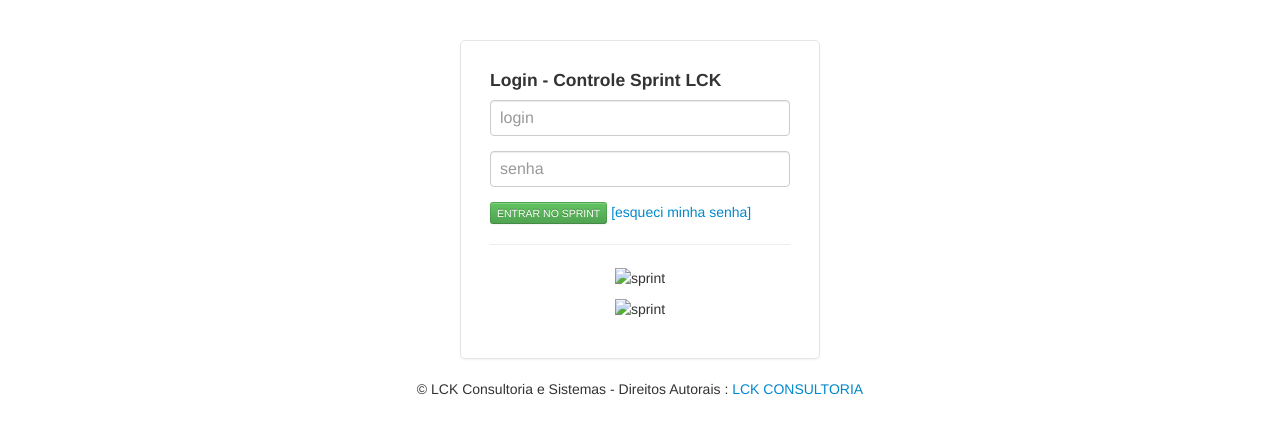
Repository: PauloCeami/Vendas-JSF-E-JAVAEE
Page: http://localhost/PDV/?acao=ListaClientes
An editor plug-in stored every save of this project. The page is shown before and after the next save, followed by the edit.
The browser window is 1280 px wide. The pictures show the whole page.
The page is served by Tomcat 9.

Above is the page before, as saved 2013-05-26 17:26:07.
Not found: PDV/PDV/view/util/img/l2.png
Not found: PDV/PDV/view/util/img/logo.png
Not found: PDV/PDV/view/util/js/bootstrap.js

After the next save:
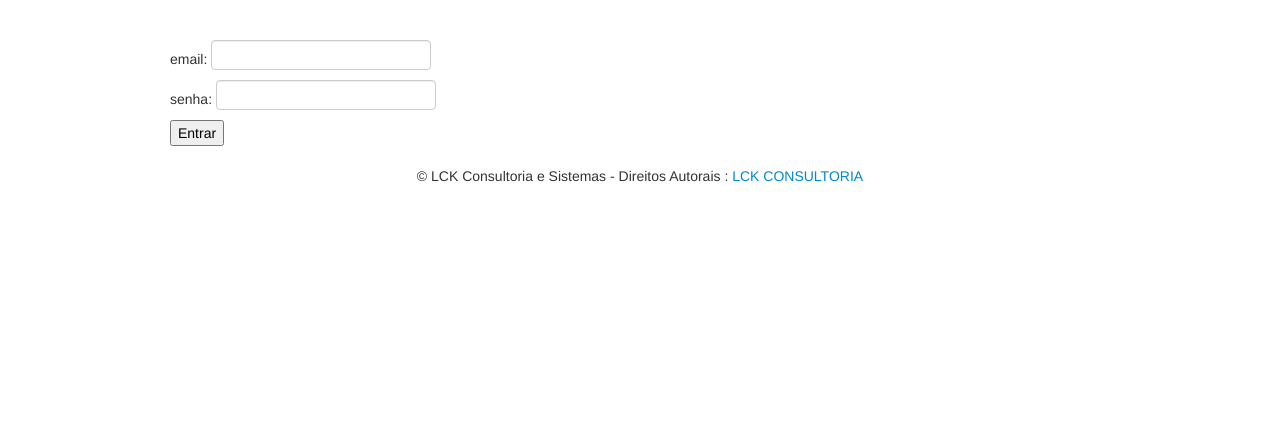
Saved 23 s later.
--- a/PDV/WebContent/login.jsp
+++ b/PDV/WebContent/login.jsp
@@ -1,99 +1,87 @@
 
 <!DOCTYPE html>
 <html lang="en">
-    <head>
+<head>
 
-      <meta http-equiv="Content-Type" content="text/html; charset=UTF-8">
-        <!-- Le styles -->
-        <link href="view/util/css/bootstrap.css" rel="stylesheet">
-        <style type="text/css">
-            body {
-                padding-top: 40px;
-                padding-bottom: 40px;
+<meta http-equiv="Content-Type" content="text/html; charset=UTF-8">
+<!-- Le styles -->
+<link href="view/util/css/bootstrap.css" rel="stylesheet">
+<style type="text/css">
+body {
+	padding-top: 40px;
+	padding-bottom: 40px;
+}
 
-            }
+.form-signin {
+	max-width: 300px;
+	padding: 19px 29px 29px;
+	margin: 0 auto 20px;
+	background-color: #fff;
+	border: 1px solid #e5e5e5;
+	-webkit-border-radius: 5px;
+	-moz-border-radius: 5px;
+	border-radius: 5px;
+	-webkit-box-shadow: 0 1px 2px rgba(0, 0, 0, .05);
+	-moz-box-shadow: 0 1px 2px rgba(0, 0, 0, .05);
+	box-shadow: 0 1px 2px rgba(0, 0, 0, .05);
+}
 
-            .form-signin {
-                max-width: 300px;
-                padding: 19px 29px 29px;
-                margin: 0 auto 20px;
-                background-color: #fff;
-                border: 1px solid #e5e5e5;
-                -webkit-border-radius: 5px;
-                -moz-border-radius: 5px;
-                border-radius: 5px;
-                -webkit-box-shadow: 0 1px 2px rgba(0,0,0,.05);
-                -moz-box-shadow: 0 1px 2px rgba(0,0,0,.05);
-                box-shadow: 0 1px 2px rgba(0,0,0,.05);
-            }
-            .form-signin .form-signin-heading,
-            .form-signin .checkbox {
-                margin-bottom: 10px;
-            }
-            .form-signin input[type="text"],
-            .form-signin input[type="password"] {
-                font-size: 16px;
-                height: auto;
-                margin-bottom: 15px;
-                padding: 7px 9px;
-            }
+.form-signin .form-signin-heading,.form-signin .checkbox {
+	margin-bottom: 10px;
+}
 
-        </style>
+.form-signin input[type="text"],.form-signin input[type="password"] {
+	font-size: 16px;
+	height: auto;
+	margin-bottom: 15px;
+	padding: 7px 9px;
+}
+</style>
 
 
-        <!-- HTML5 shim, for IE6-8 support of HTML5 elements -->
-        <!--[if lt IE 9]>
+<!-- HTML5 shim, for IE6-8 support of HTML5 elements -->
+<!--[if lt IE 9]>
           <script src="../assets/js/html5shiv.js"></script>
         <![endif]-->
 
-        <!-- Fav and touch icons -->
+<!-- Fav and touch icons -->
 
-        <script type="text/javascript" src="view/util/js/validacampos.js"></script>
-        <link rel="shortcut icon" type="image/x-icon" href="view/util/img/favicon.ico" />
+<script type="text/javascript" src="view/util/js/validacampos.js"></script>
+<link rel="shortcut icon" type="image/x-icon"
+	href="view/util/img/favicon.ico" />
 
-    </head>
+</head>
 
-    <body>
+<body>
 
-        <div class="container">
+	<div class="container">
 
-            <form class="form-signin"  method="post" action="index.php" name="frm_login" onsubmit="return validalogin()" >
-                <h4  class="form-signin-heading">Login - Controle Sprint LCK</h4>
-                <input type="text" name="user_login" class="input-block-level" placeholder="login">
-                <input type="password" name="user_senha" class="input-block-level" placeholder="senha">
+		<form action="." method="post">
+			<input type="hidden" name="acao" value="AutenticaUsuario" /> email:
+			<input type="text" name="email" /><br /> senha: <input
+				type="password" name="senha" /><br /> <input type="submit"
+				value="Entrar" /><br />
+		</form>
 
-                <button class="btn btn-success btn-mini" type="submit">ENTRAR NO SPRINT</button>
-                <a href="#">[esqueci minha senha]</a>
-                <hr>
+		<footer>
+			<p align="center">
+				&copy; LCK Consultoria e Sistemas - Direitos Autorais :<a
+					href="http://www.lckconsultoria.com.br/"> LCK CONSULTORIA </a>
+
+			</p>
 
 
-                <p align="center">
-                    <img src="view/util/img/logo.png" width="180px" height="70px" alt="sprint" />
+		</footer>
 
-                </p>
-                <p align="center">
-                    <img src="view/util/img/l2.png" width="80" height="80px" alt="sprint" />
-                </p>
+	</div>
+	<!-- /container -->
 
-            </form>
-
-            <footer>
-                <p align="center">&copy; LCK Consultoria e Sistemas -
-                    Direitos Autorais :<a href="http://www.lckconsultoria.com.br/"> LCK CONSULTORIA </a>
-
-                </p>
+	<!-- Le javascript
+        ================================================== -->
+	<!-- Placed at the end of the document so the pages load faster -->
+	<script src="view/util/js/jquery-1.8.2.js"></script>
+	<script src="view/util/js/bootstrap.js"></script>
 
 
-            </footer>
-
-        </div> <!-- /container -->
-
-        <!-- Le javascript
-        ================================================== -->
-        <!-- Placed at the end of the document so the pages load faster -->
-        <script src="view/util/js/jquery-1.8.2.js"></script>
-        <script src="view/util/js/bootstrap.js"></script>
-
-
-    </body>
+</body>
 </html>
